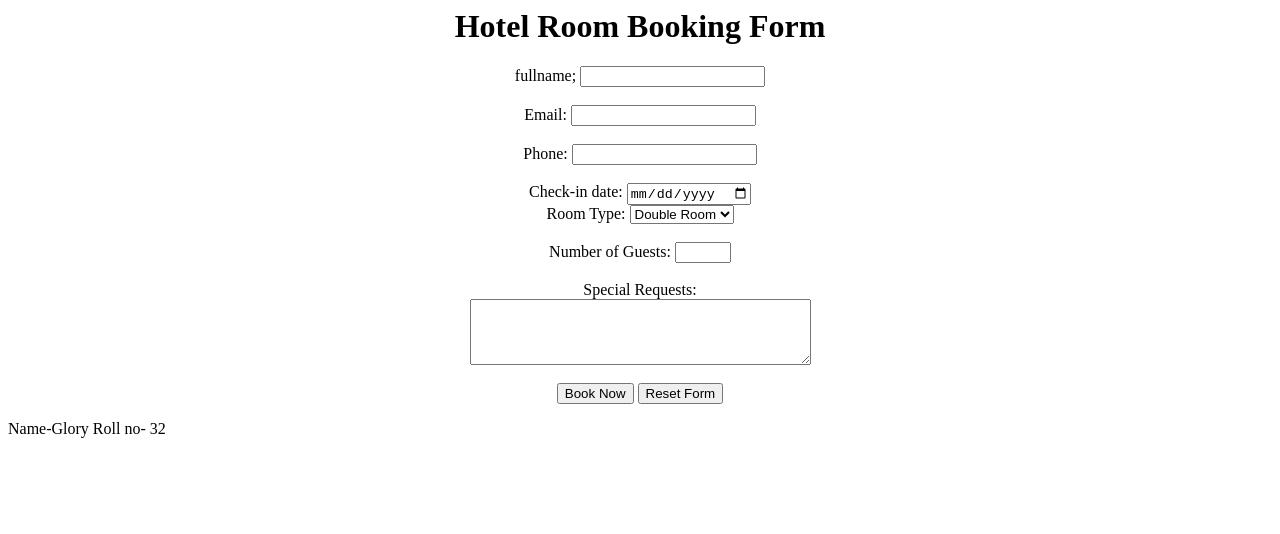
Repository: Glory998/ELCE1-32
Page: experiment4.html.html
These files come from the project's save history. The page is drawn as it stood at one moment and after the next save; the edit follows.
The browser window is 1280 px wide. The pictures show the whole page.

Above is the page before, as saved 2025-10-22 21:14:29.

After the next save:
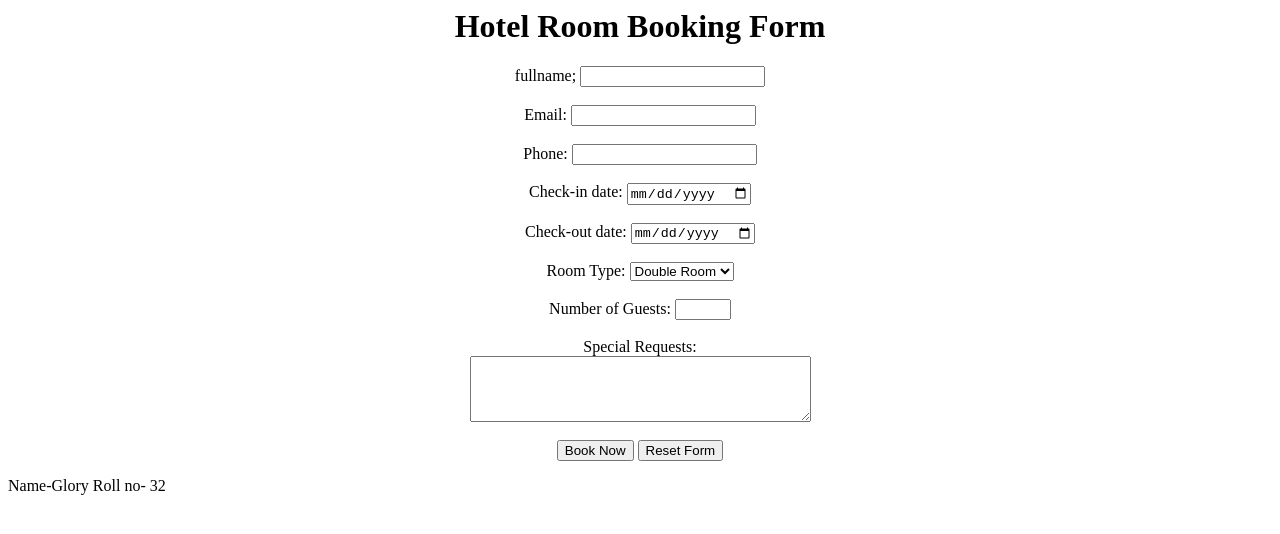
Saved 4 min 6 s later.
--- a/experiment4.html.html
+++ b/experiment4.html.html
@@ -15,8 +15,11 @@
         <br><br>
         <!--Check-in & Check-out-->
         <label for="checkin">Check-in date:</label>
-        <input type="date" i
+        <input type="date" id="checkin"name="checkout">
         <br><br>
+        <label for="check out">Check-out date:</label>
+        <input type="date" id="checkout"name="checkout">
+        <br></br>
         <!--Room Type-->
         <label for="room">Room Type:</label>
         <select id="room" name="room>"
